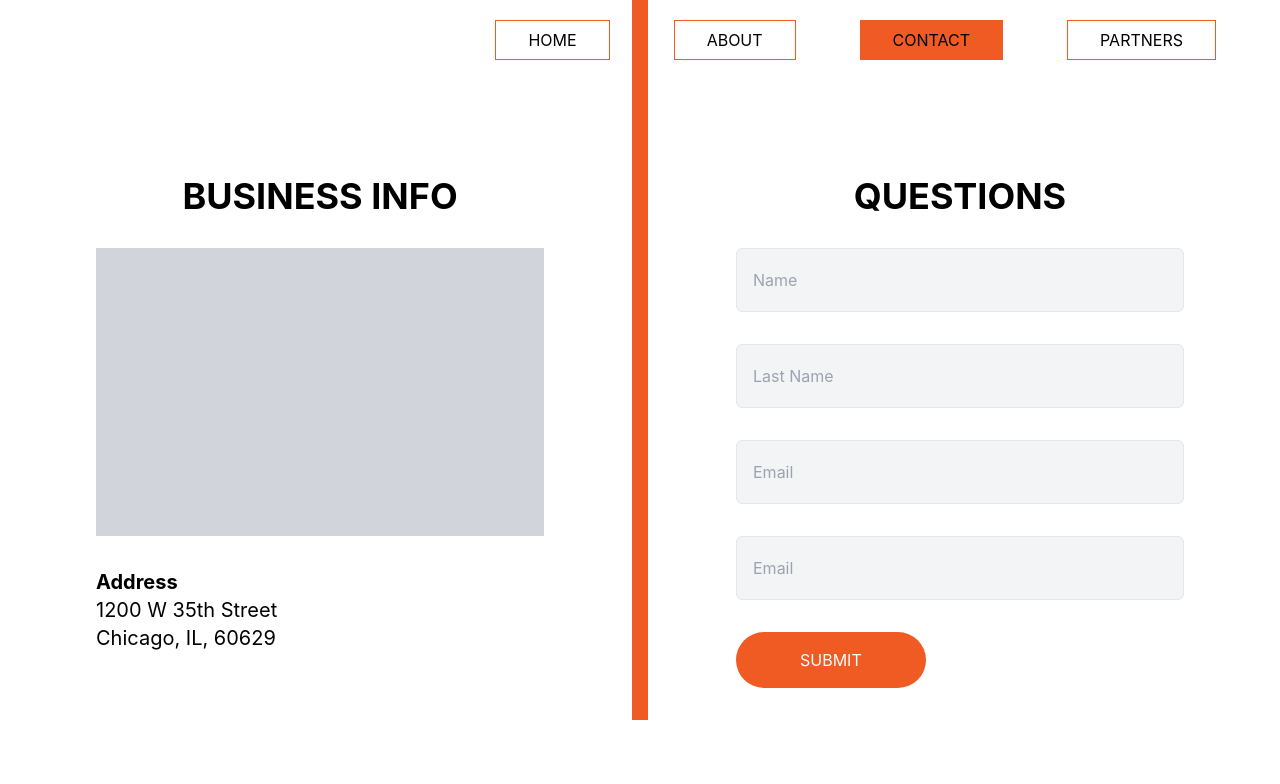
Repository: legenddev1202/whyclicktv
Page: /referrel
An editor plug-in stored every save of this project. The page is shown before and after the next save, followed by the edit.
The browser window is 1280 px wide. The pictures show the whole page.
The project was rebuilt for these pictures with package versions that can differ from the ones it lists, and the page was loaded fresh each time. Also part of the build but not shown: src/App.css, src/pages/home.js, src/pages/about.js, src/pages/contact.js, src/pages/partners.js.

Above is the page before, as saved 2022-03-31 10:34:41.

### src/index.css
@tailwind base;
@tailwind components;
@tailwind utilities;

body {
  margin: 0;
  font-family: -apple-system, BlinkMacSystemFont, "Segoe UI", "Roboto", "Oxygen",
    "Ubuntu", "Cantarell", "Fira Sans", "Droid Sans", "Helvetica Neue",
    sans-serif;
  -webkit-font-smoothing: antialiased;
  -moz-osx-font-smoothing: grayscale;
  height: 100%;
  min-height: 500px;
}

code {
  font-family: source-code-pro, Menlo, Monaco, Consolas, "Courier New",
    monospace;
}

### src/App.js
import { Routes, Route, Link } from "react-router-dom";
import "./App.css";
import Home from "./pages/home";
import About from "./pages/about";
import Contact from "./pages/contact";
import Partners from "./pages/partners";
import Referral from "./pages/referral";

function App() {
  return (
    <Routes>
      <Route path="/" element={<Home />} />
      <Route path="about" element={<About />} />
      <Route path="contact" element={<Contact />} />
      <Route path="partners" element={<Partners />} />
      <Route path="referrel" element={<Referral />} />
    </Routes>
  );
}

export default App;

### src/pages/referral.js
import React from "react";
import { Routes, Route, Link } from "react-router-dom";

function Referral() {
  return (
    <div className="relative h-full w-full" style={{ height: "100vh" }}>
      <div className="bg-transparent w-full h-20 flex items-center px-8 justify-between z-20 absolute">
        <div></div>
        <div className="bg-transparent">
          <button
            className="h-10 px-8 mx-8 border"
            style={{ borderColor: "#F05A23", backgroundColor: "white" }}
          >
            <Link to="/">HOME</Link>
          </button>
          <button
            className="h-10 px-8 mx-8 border"
            style={{ borderColor: "#F05A23", backgroundColor: "white" }}
          >
            <Link to="/about">ABOUT</Link>
          </button>
          <button
            className="h-10 px-8 mx-8 border"
            style={{ borderColor: "#F05A23", backgroundColor: "#F05A23" }}
          >
            <Link to="/contact">CONTACT</Link>
          </button>
          <button
            className="h-10 px-8 mx-8 border"
            style={{ borderColor: "#F05A23" }}
          >
            <Link to="/partners">PARTNERS</Link>
          </button>
        </div>
      </div>
      <div
        className="absolute w-4 h-full left-0 right-0 mx-auto z-10"
        style={{ backgroundColor: "#F05A23", height: "100vh" }}
      ></div>
      <div className="w-full mt-20 absolute p-12 flex">
        <div className="w-1/2 p-12 pr-24 flex flex-col items-center">
          <div className="text-4xl font-bold">BUSINESS INFO</div>
          <div className="w-full h-72 bg-gray-300 mt-8"></div>
          <div className="mt-8 self-start">
            <div className="text-xl font-bold">Address</div>
            <div className="text-xl">1200 W 35th Street </div>
            <div className="text-xl">Chicago, IL, 60629 </div>
          </div>
        </div>
        <div className="w-1/2 p-12 pl-24 flex flex-col items-center">
          <div className="text-4xl font-bold">QUESTIONS</div>
          <div className="w-full mt-8">
            <input
              className="w-full rounded-md h-16 border px-4 bg-gray-100"
              placeholder="Name"
            ></input>
            <div className="w-full mt-8">
              <input
                className="w-full rounded-md h-16 border px-4 bg-gray-100"
                placeholder="Last Name"
              ></input>
            </div>
            <div className="w-full mt-8">
              <input
                className="w-full rounded-md h-16 border px-4 bg-gray-100"
                placeholder="Email"
              ></input>
            </div>
            <div className="w-full mt-8">
              <input
                className="w-full rounded-md h-16 border px-4 bg-gray-100"
                placeholder="Email"
              ></input>
            </div>
          </div>
          <div className="self-start mt-8">
            <button
              className="p-4 rounded-full px-16"
              style={{ backgroundColor: "#F05A23", color: "white" }}
            >
              SUBMIT
            </button>
          </div>
        </div>
      </div>
    </div>
  );
}

export default Referral;

Loaded but not shown: public/index.html (common file); src/index.js (common file); src/reportWebVitals.js (common file); tailwind.config.js (common file)

After the next save:
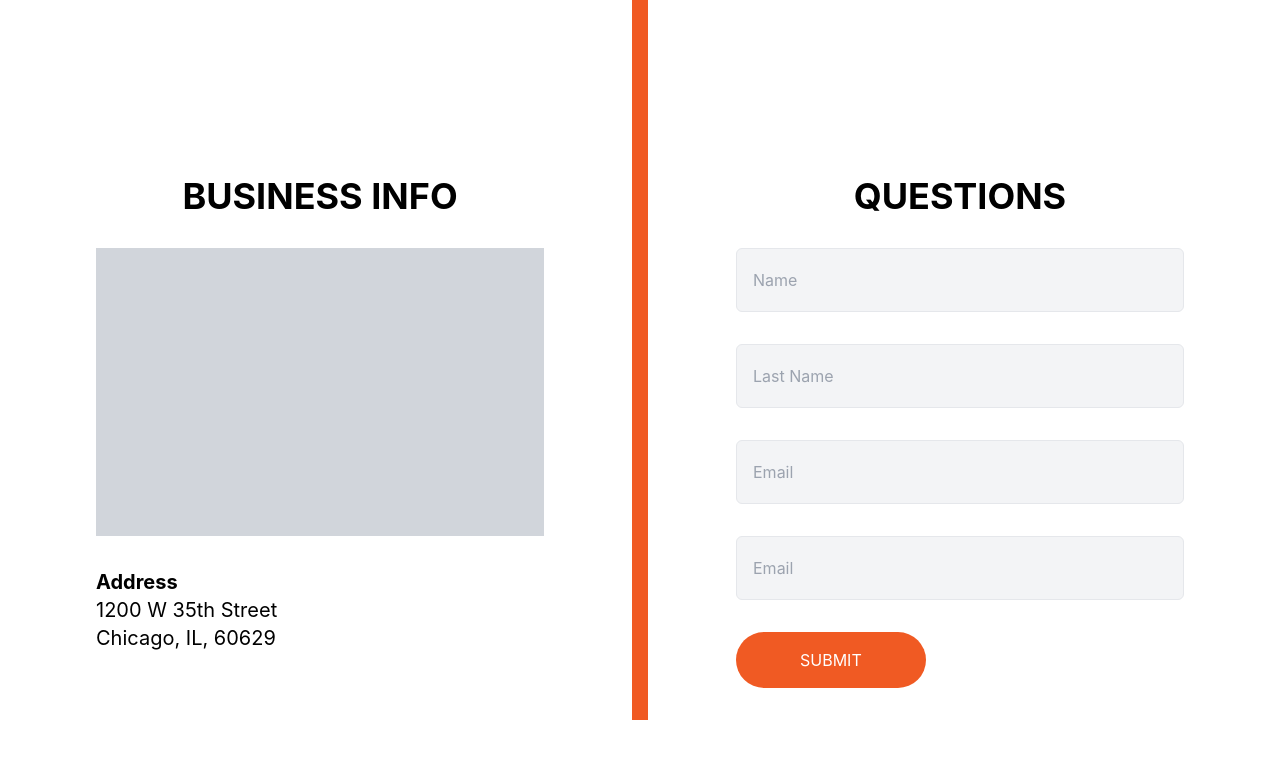
Saved 20 s later.
--- a/src/pages/referral.js
+++ b/src/pages/referral.js
@@ -4,35 +4,6 @@ import { Routes, Route, Link } from "react-router-dom";
 function Referral() {
   return (
     <div className="relative h-full w-full" style={{ height: "100vh" }}>
-      <div className="bg-transparent w-full h-20 flex items-center px-8 justify-between z-20 absolute">
-        <div></div>
-        <div className="bg-transparent">
-          <button
-            className="h-10 px-8 mx-8 border"
-            style={{ borderColor: "#F05A23", backgroundColor: "white" }}
-          >
-            <Link to="/">HOME</Link>
-          </button>
-          <button
-            className="h-10 px-8 mx-8 border"
-            style={{ borderColor: "#F05A23", backgroundColor: "white" }}
-          >
-            <Link to="/about">ABOUT</Link>
-          </button>
-          <button
-            className="h-10 px-8 mx-8 border"
-            style={{ borderColor: "#F05A23", backgroundColor: "#F05A23" }}
-          >
-            <Link to="/contact">CONTACT</Link>
-          </button>
-          <button
-            className="h-10 px-8 mx-8 border"
-            style={{ borderColor: "#F05A23" }}
-          >
-            <Link to="/partners">PARTNERS</Link>
-          </button>
-        </div>
-      </div>
       <div
         className="absolute w-4 h-full left-0 right-0 mx-auto z-10"
         style={{ backgroundColor: "#F05A23", height: "100vh" }}
